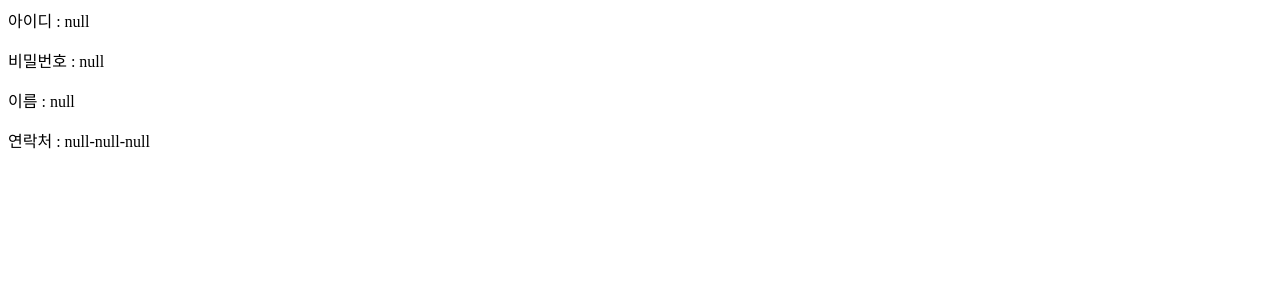
Repository: ramperrit/JSP
Page: http://localhost/JSPBook/Ch08/validation03_process.jsp
An editor plug-in stored every save of this project. The page is shown before and after the next save, followed by the edit.
The browser window is 1280 px wide. The pictures show the whole page.
The page is served by Tomcat 9. Nobody is signed in. The application's start-up code is not run.

Above is the page before, as saved 2024-02-23 09:08:52.

After the next save:
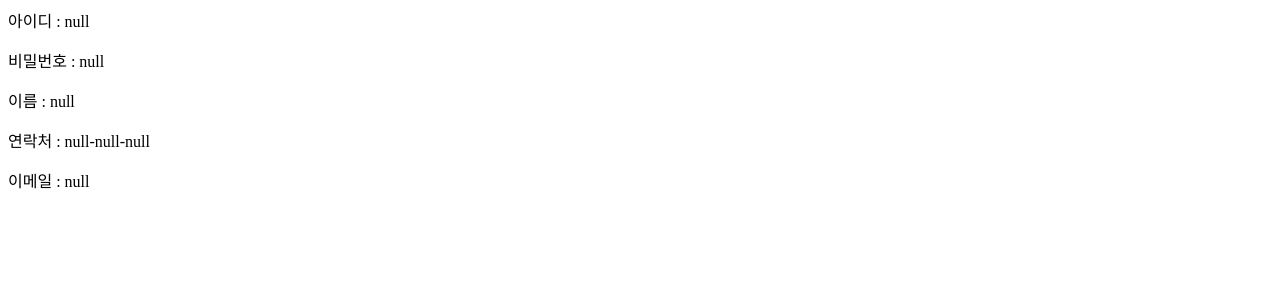
Saved 22 s later.
--- a/JSPBook/src/main/webapp/Ch08/validation03_process.jsp
+++ b/JSPBook/src/main/webapp/Ch08/validation03_process.jsp
@@ -11,6 +11,7 @@
 	<p> 비밀번호 : <%= request.getParameter("passwd") %>
 	<p> 이름 : <%= request.getParameter("name") %>
 	<p> 연락처 : <%= request.getParameter("phone1") %>-<%= request.getParameter("phone2") %>-<%= request.getParameter("phone3") %>
+	<p> 이메일 : <%= request.getParameter("email") %>
 
 </body>
 </html>
